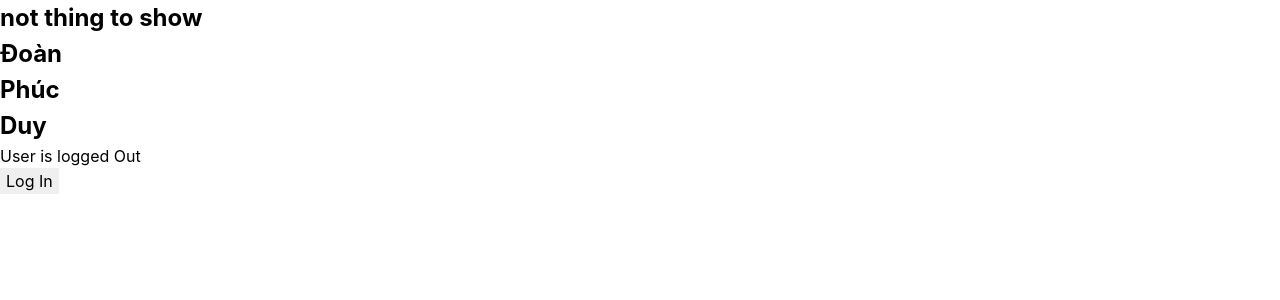
Repository: ledoanmk43/Demo_typescript
Page: /
An editor plug-in stored every save of this project. The page is shown before and after the next save, followed by the edit.
The browser window is 1280 px wide. The pictures show the whole page.
The project was rebuilt for these pictures with package versions that can differ from the ones it lists, and the page was loaded fresh each time.

Above is the page before, as saved 2022-03-07 15:33:57.

After the next save:
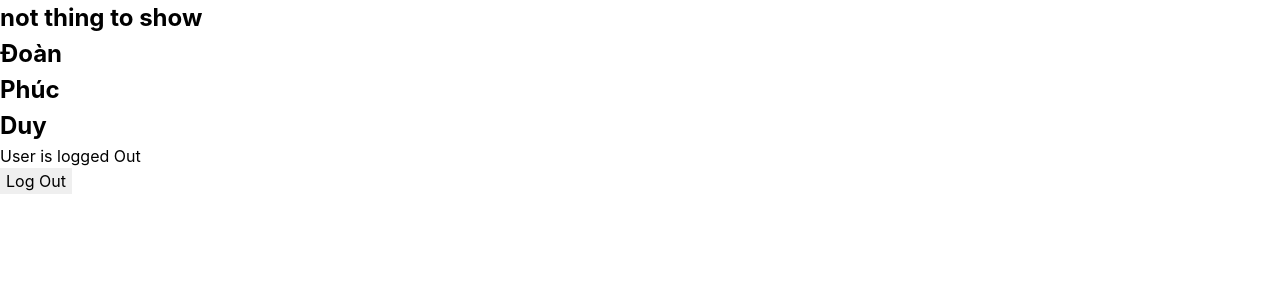
Saved 19 s later.
--- a/src/components/state/Login.tsx
+++ b/src/components/state/Login.tsx
@@ -26,9 +26,9 @@
     <div>
       <div>User is {isLoggedin ? "logged In" : "logged Out"}</div>
       {user ? (
+        <button onClick={logIn}>Log In</button>
+      ) : (
         <button onClick={logOut}>Log Out</button>
-      ) : (
-        <button onClick={logIn}>Log In</button>
       )}
     </div>
   );

After the save that followed:
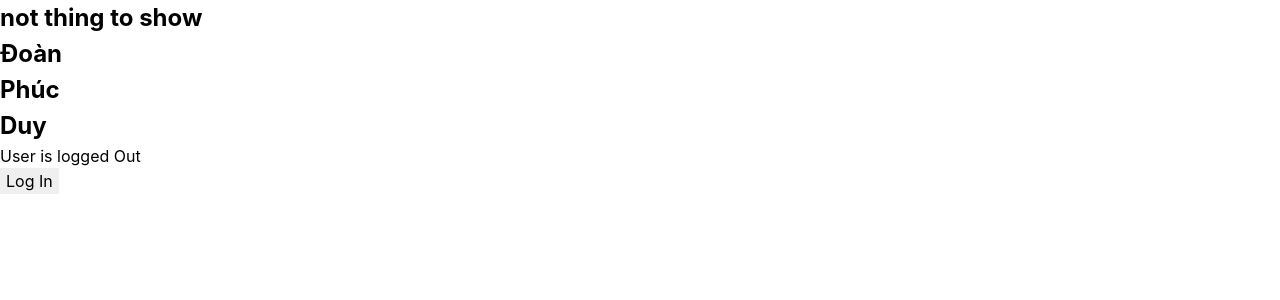
Saved 12 s later.
--- a/src/components/state/Login.tsx
+++ b/src/components/state/Login.tsx
@@ -26,9 +26,9 @@
     <div>
       <div>User is {isLoggedin ? "logged In" : "logged Out"}</div>
       {user ? (
+        <button onClick={logOut}>Log Out</button>
+      ) : (
         <button onClick={logIn}>Log In</button>
-      ) : (
-        <button onClick={logOut}>Log Out</button>
       )}
     </div>
   );
